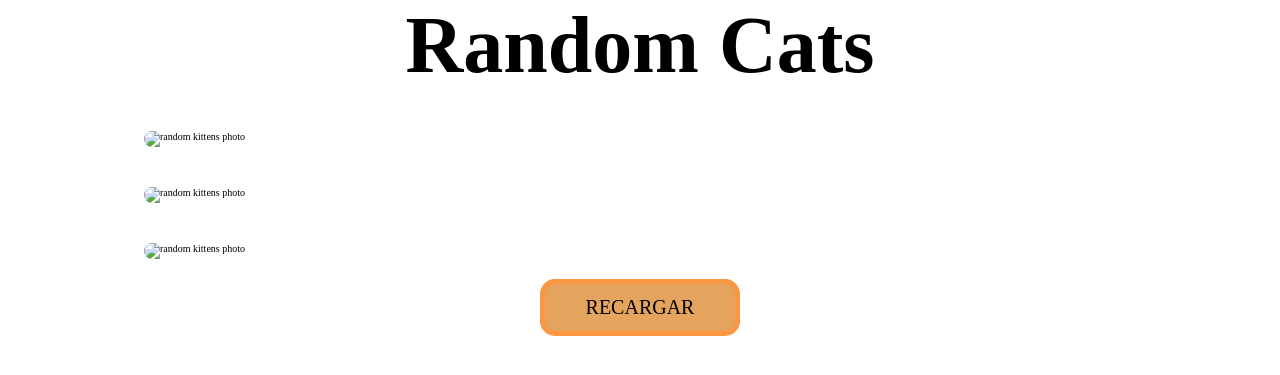
Repository: elto82/ConsumoAPIRESTjs
Page: index.html
These files come from the project's save history. The page is drawn as it stood at one moment and after the next save; the edit follows.
The browser window is 1280 px wide. The pictures show the whole page.
The page's requests for data from a server got no answer.

Above is the page before, as saved 2022-07-02 18:26:38.

After the next save:
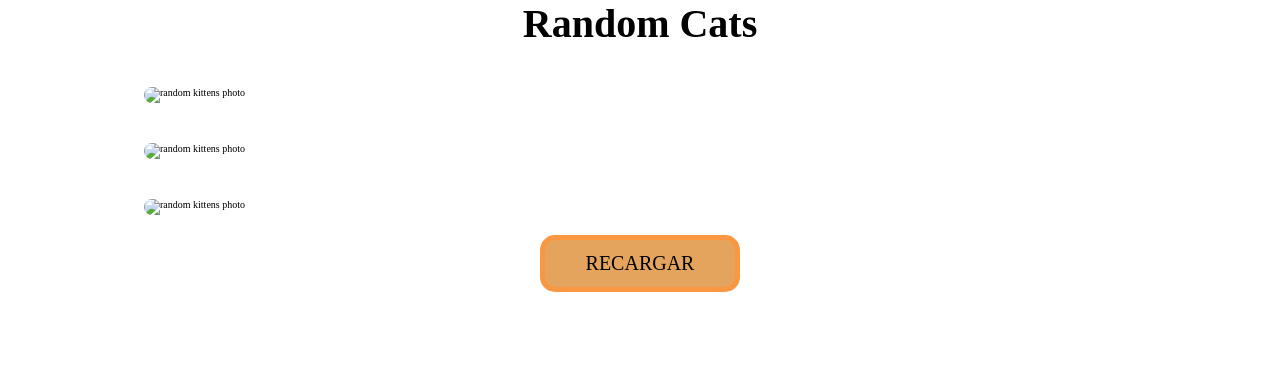
Saved 33 s later.
--- a/style.css
+++ b/style.css
@@ -14,7 +14,7 @@ header {
   justify-content: center;
 }
 h1 {
-  font-size: 8rem;
+  font-size: 4rem;
 }
 .container {
   display: flex;
